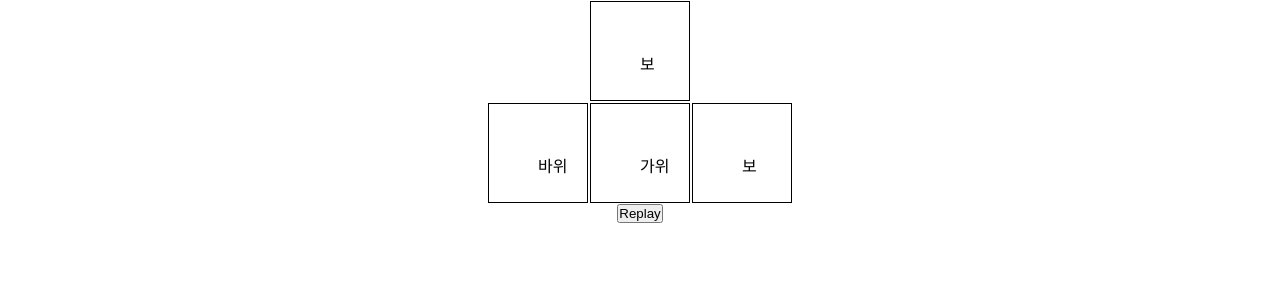
Repository: venandi48/RockScissorPaper-Game
Page: index.html
These files come from the project's save history. The page is drawn as it stood at one moment and after the next save; the edit follows.
The browser window is 1280 px wide. The pictures show the whole page.
The style sheet was rebuilt from its Sass, Less or Tailwind sources for each picture, by a compiler version that may differ from the author's.

Above is the page before, as saved 2023-11-13 15:19:26.

### index.html
<!DOCTYPE html>
<html lang="en">
  <head>
    <meta charset="UTF-8" />
    <meta name="viewport" content="width=device-width, initial-scale=1.0" />
    <title>가위바위보</title>
    <link rel="stylesheet" href="style.css" />
  </head>
  <body>
    <div class="playbox">
      <div class="machine">
        <div class="choice">
          <input type="hidden" name="machine-choice" />
        </div>
      </div>
      <div class="user">
        <div class="choice rock"></div>
        <div class="choice scissor"></div>
        <div class="choice paper"></div>
      </div>
      <div class="control">
        <input type="button" value="Replay" />
      </div>
    </div>

    <script src="./main.js"></script>
  </body>
</html>

### main.js
choices = {
  scissor: 0,
  rock: 1,
  paper: 2,
};

machineChoices = document.querySelectorAll(".machine .choice");
userChocies = document.querySelectorAll(".user .choice");
controlBtns = document.querySelectorAll(".playbox .control");

machineChoices.forEach((element) => {
  element.querySelector("input[type=hidden]").value = Random(0, 2);
});

window.addEventListener("load", function () {
  this.setInterval(() => {
    machineChoices.forEach((element) => {
      if (element.classList.contains("selected") === false) {
        if (element.classList.contains("rock")) {
          element.classList.remove("rock");
        }
        if (element.classList.contains("scissor")) {
          element.classList.remove("scissor");
        }
        if (element.classList.contains("paper")) {
          element.classList.remove("paper");
        }

        element.querySelector("input[type=hidden]").value =
          (element.querySelector("input[type=hidden]").value + 1) % 3;

        element.classList.add(
          convertChoicesFromNumToStr(
            +element.querySelector("input[type=hidden]").value
          )
        );
      }
    });
  }, 500);
});

userChocies.forEach((element) => {
  element.addEventListener("click", function (e) {
    const selectedElement = e.target;
    let choosed = null;

    if (selectedElement.parentElement.classList.contains("selected")) return;

    selectedElement.parentElement.classList.add("selected");

    // 제일 첫번째로 나온 값을 사용자의 선택으로 간주
    selectedElement.classList.forEach((className) => {
      if (className === "rock") {
        choosed = "rock";
        return;
      } else if (className === "scissor") {
        choosed = "scissor";
        return;
      } else if (className === "paper") {
        choosed = "paper";
        return;
      }
    });

    if (choosed) {
      let sameAreaMachine =
        element.parentElement.parentElement?.querySelector(".machine .choice");

      if (sameAreaMachine) {
        gameResultCssEventer(
          selectedElement,
          sameAreaMachine,
          refree(
            +sameAreaMachine.querySelector("input[type=hidden]").value,
            choices[choosed]
          )
        );
      }
    }
  });
});

/// _________________________________________________________________
//                          Play Tools
/// _________________________________________________________________

function Random(min, max) {
  return Math.floor(Math.random() * (max - min) + min);
}

function convertChoicesFromNumToStr(choice) {
  switch (choice) {
    case choices.rock:
      return "rock";
    case choices.scissor:
      return "scissor";
    case choices.paper:
      return "paper";

    default:
      return "";
  }
}

function replay(playbox) {
  resetResultOfCss(playbox.querySelector(".machine"));
  playbox
    .querySelector(".user")
    .querySelectorAll(".choice")
    .forEach((choiceElement) => {
      resetResultOfCss(choiceElement);
    });
}

/*
 * @machine: 컴퓨터가 선택한 숫자값
 * @user: 사용자가 선택한 숫자값
 * @return: 0=>비김, 1=> 이김, 2=>짐
 */
function refree(machine, user) {
  return Math.abs(machine - user);
}

function resetResultOfCss(element) {
  if (element.classList.contains("game-result-win"))
    element.classList.remove("game-result-win");
  if (element.classList.contains("game-result-draw"))
    element.classList.remove("game-result-draw");
  if (element.classList.contains("game-result-lose"))
    element.classList.remove("game-result-lose");

  return element;
}

function gameResultCssEventer(userElement, machineElement, result) {
  userElement.parentElement.querySelectorAll(".choice").forEach((node) => {
    resetResultOfCss(node);
  });
  resetResultOfCss(userElement);
  resetResultOfCss(machineElement);
  machineElement.classList.add("selected");

  switch (result) {
    case 0:
      userElement.classList.add("game-result-draw");
      machineElement.classList.add("game-result-draw");
      break;
    case 1:
      userElement.classList.add("game-result-win");
      machineElement.classList.add("game-result-lose");
      break;
    case 2:
      userElement.classList.add("game-result-lose");
      machineElement.classList.add("game-result-win");
      break;
  }
}

### style.scss
* {
  position: relative;
  padding: 0;
  margin: 0;
  display: flexbox;
}

*,
::before,
::after {
  box-sizing: border-box;
}

.playbox {
  display: flex;
  flex-direction: column;
  justify-content: center;
  align-items: center;
}

.choice {
  width: 100px;
  height: 100px;
  border: 1px solid #000;
  margin: 1px;

  &::before {
    position: absolute;
    top: 50%;
    left: 50%;
    content: "물음표";
    animation: gelatine 0.5s infinite;
  }

  &.rock::before {
    content: "바위";
    animation-delay: 0.5s;
  }

  &.scissor::before {
    content: "가위";
    animation-delay: 1s;
  }

  &.paper::before {
    content: "보";
    // animation: bounce2 2s ease infinite;
  }
}

.game-result {
  &-win {
    background-color: green;
  }
  &-draw {
    background-color: blue;
  }
  &-lose {
    background-color: red;
  }
}

.user {
  display: flex;

  &.selected .choice {
    cursor: default;
    animation-fill-mode: forwards;
  }

  & .choice {
    cursor: pointer;

    &:hover {
      background-color: aqua;
    }
  }
}

/*
* ============================= animate resources =============================
*/
@keyframes gelatine {
  from,
  to {
    transform: scale(1, 1);
  }
  25% {
    transform: scale(0.9, 1.1);
  }
  50% {
    transform: scale(1.1, 0.9);
  }
  75% {
    transform: scale(0.95, 1.05);
  }
}

After the next save:
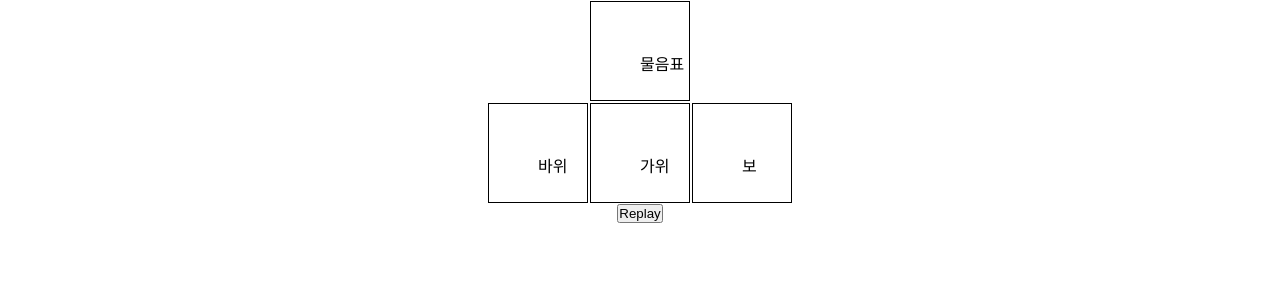
Console error (its wording comes from the project's code and is left out).
Saved 99 s later.
--- a/main.js
+++ b/main.js
@@ -10,6 +10,10 @@
 
 machineChoices.forEach((element) => {
   element.querySelector("input[type=hidden]").value = Random(0, 2);
+});
+
+controlBtns.forEach((controlBtn) => {
+  console.log(controlBtn.querySelector("input[type=button, value=Replay]"));
 });
 
 window.addEventListener("load", function () {

After the save that followed:
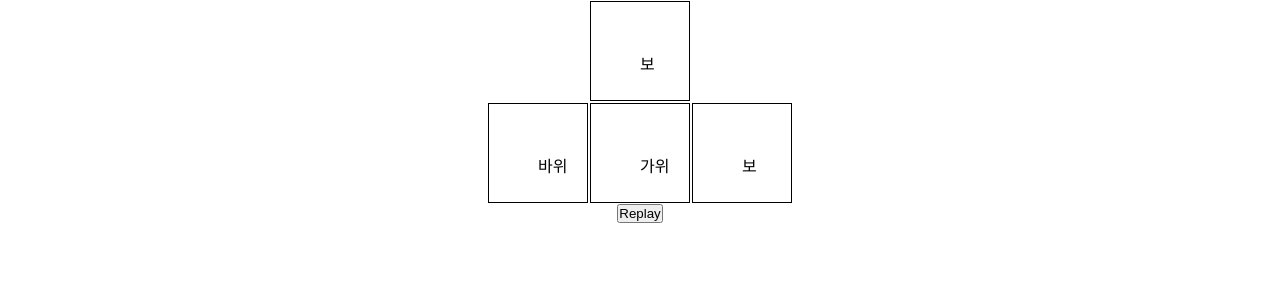
The error is gone.
Saved 56 s later.
--- a/main.js
+++ b/main.js
@@ -13,7 +13,7 @@
 });
 
 controlBtns.forEach((controlBtn) => {
-  console.log(controlBtn.querySelector("input[type=button, value=Replay]"));
+  console.log(controlBtn.querySelector("input[type=button][value=Replay]"));
 });
 
 window.addEventListener("load", function () {
